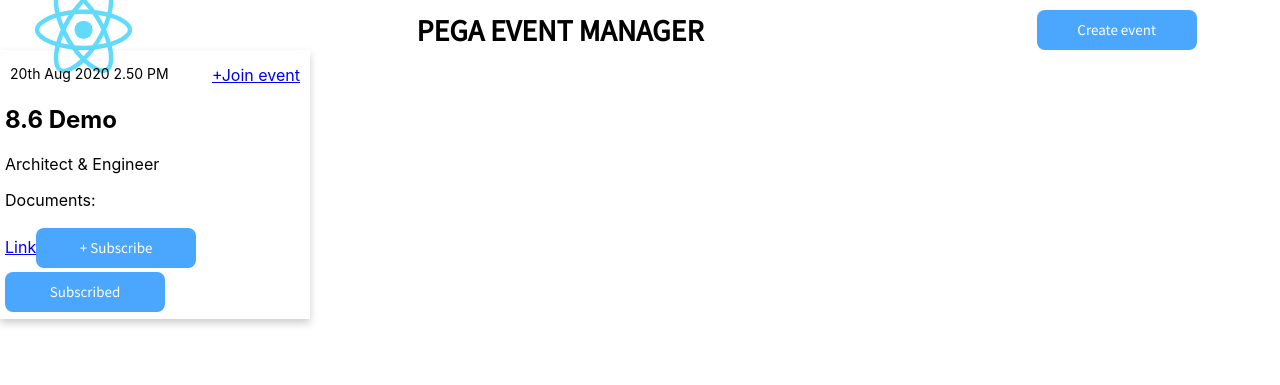
Repository: SasiVeeramachaneni/eventmanager
Page: /
The author's editor kept a copy of each file at every save. The page is drawn from the files as they stood at one save, then again after the next save.
The browser window is 1280 px wide. The pictures show the whole page.
The project was rebuilt for these pictures with package versions that can differ from the ones it lists, and the page was loaded fresh each time.

Above is the page before, as saved 2020-08-19 14:34:32.

After the next save:
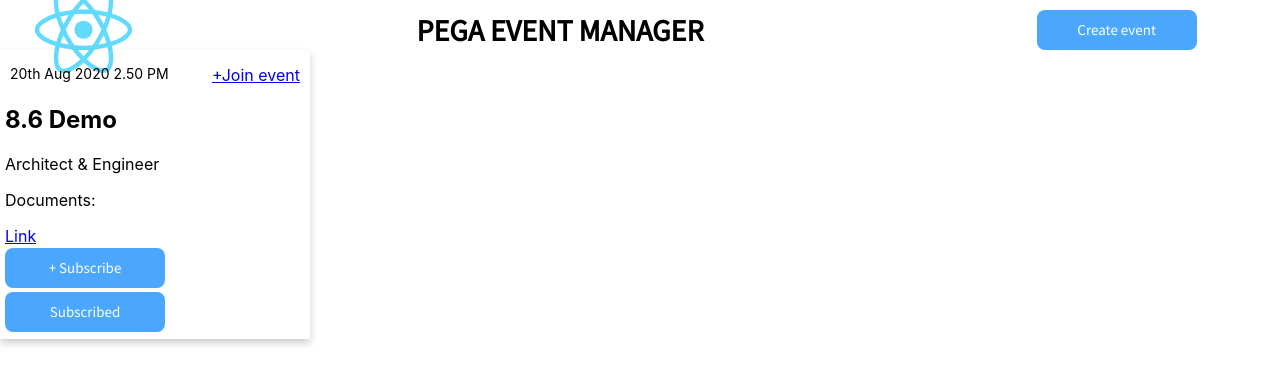
Saved 19 s later.
--- a/src/Card.js
+++ b/src/Card.js
@@ -10,7 +10,7 @@
         </div>
         <h2><b>8.6 Demo</b></h2>
         <p>Architect & Engineer</p>
-        <p>Documents:</p> <a href="url">Link</a>
+        <div><p>Documents:</p> <a href="url">Link</a></div>
         <button className="subscribe">+   Subscribe</button>
         <button className="subscribe">Subscribed</button>
       </div>
